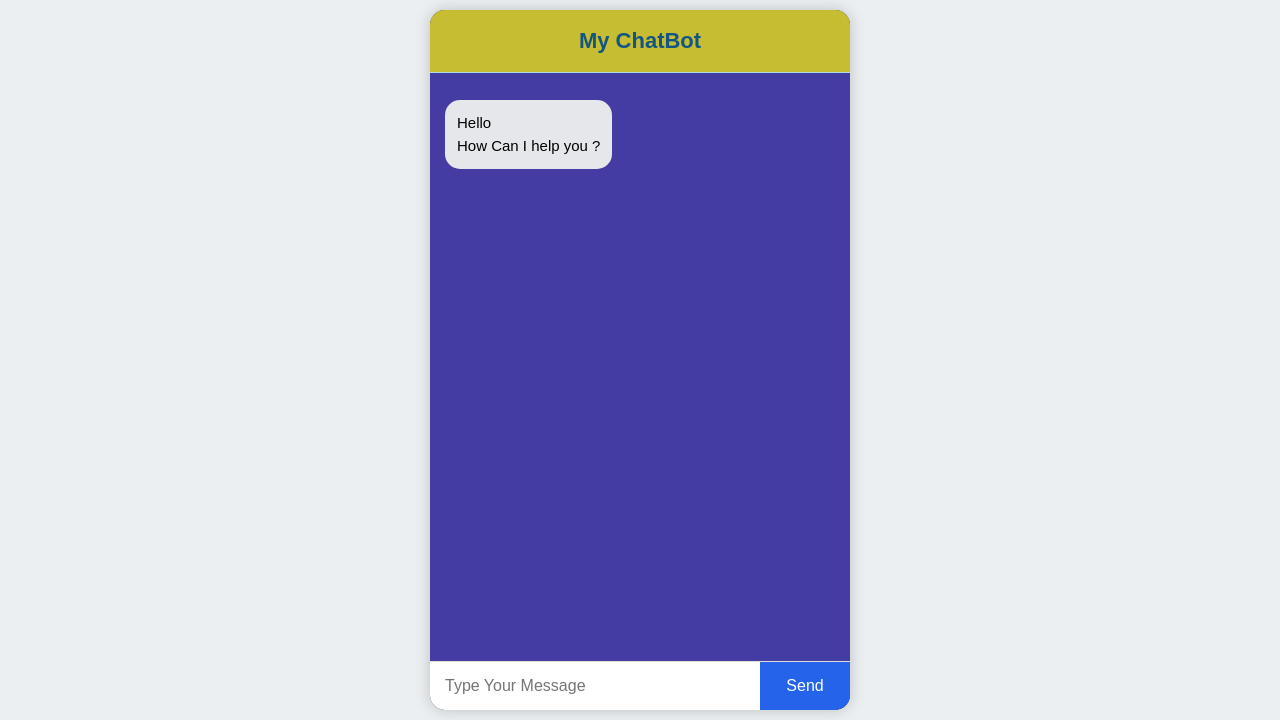
Repository: nt269782-web/Offline-ChatBot
Page: front.html
These files come from the project's save history. The page is drawn as it stood at one moment and after the next save; the edit follows.
The browser window is 1280 px wide. The pictures show the whole page.

Above is the page before, as saved 2026-07-11 23:05:55.

After the next save:
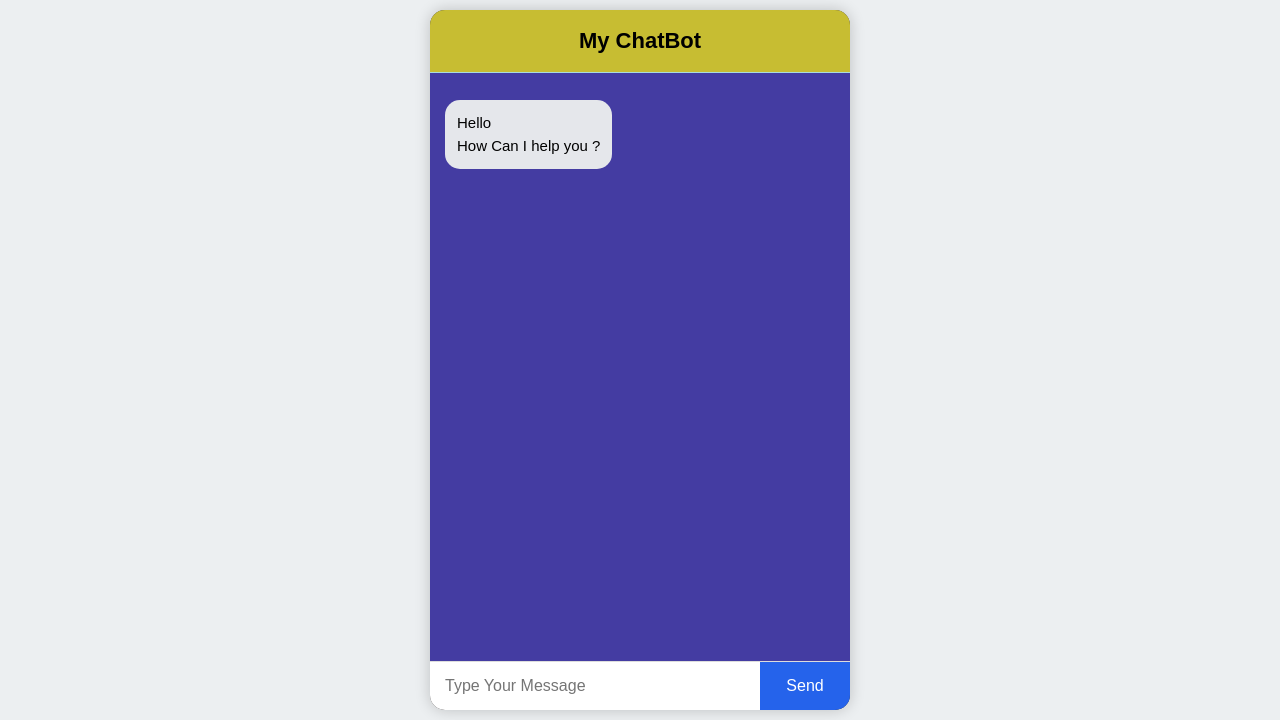
Saved 36 s later.
--- a/front.html
+++ b/front.html
@@ -33,7 +33,7 @@
         }
         .header{
             background-color: rgb(199, 189, 50);
-            color: #135683;
+            color: #000000;
             text-align: center;
             font-size: 22px;
             font-weight: bold;
